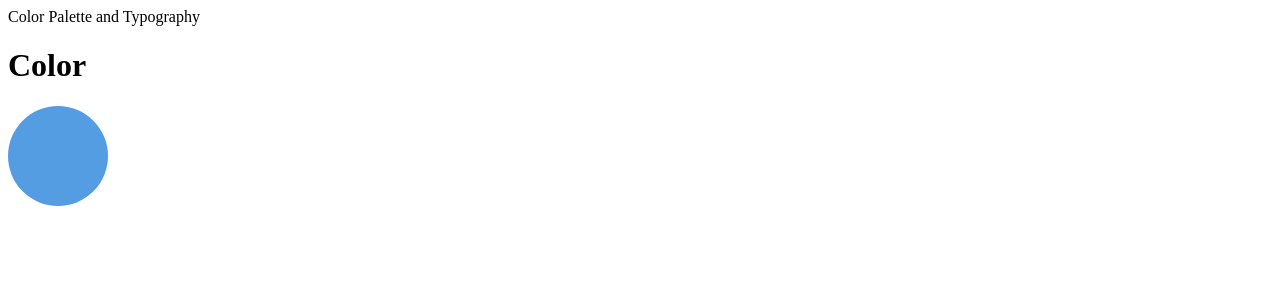
Repository: Pureum309/style_guide
Page: colorpaletteTypo.html
An editor plug-in stored every save of this project. The page is shown before and after the next save, followed by the edit.
The browser window is 1280 px wide. The pictures show the whole page.

Above is the page before, as saved 2022-03-03 20:17:07.

### colorpaletteTypo.html
<!DOCTYPE html>
<html lang="en">
<head>
    <meta charset="UTF-8">
    <meta http-equiv="X-UA-Compatible" content="IE=edge">
    <meta name="viewport" content="width=device-width, initial-scale=1.0">
    <link rel="stylesheet" href="main.css"
    <title>Color Palette and Typography</title>
</head>
<body>
    <h1>Color</h1>
    <div id ="circle"></div>
</body>
</html>

### main.css
#circle {
    width: 100px;
    height: 100px;
    background: #549DE3;
    border-radius: 50%;
}

After the next save:
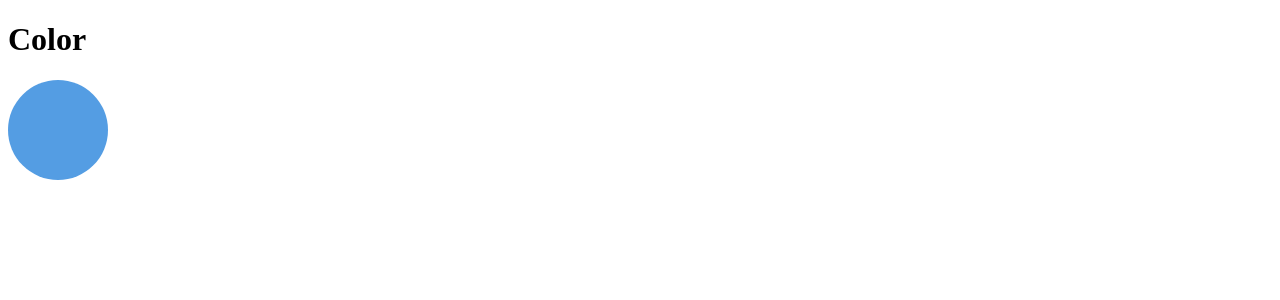
Saved 53 s later.
--- a/colorpaletteTypo.html
+++ b/colorpaletteTypo.html
@@ -5,7 +5,7 @@
     <meta http-equiv="X-UA-Compatible" content="IE=edge">
     <meta name="viewport" content="width=device-width, initial-scale=1.0">
     <link rel="stylesheet" href="main.css"
-    <title>Color Palette and Typography</title>
+    <title></title>
 </head>
 <body>
     <h1>Color</h1>
